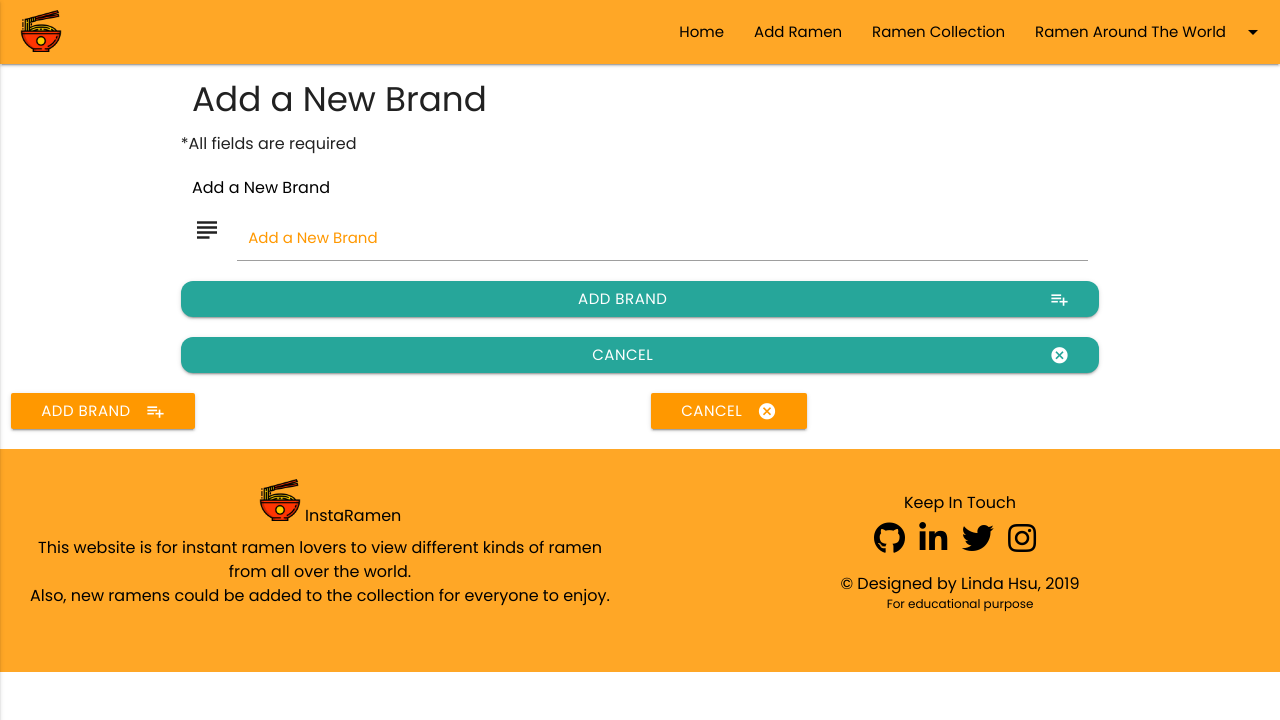
Repository: Paddlepop25/codeinstitute-insta-ramen
Page: http://localhost/add_brands
The author's editor kept a record of every edit. The page is drawn from the files as they stood at one moment, then again after the next edit.
The browser window is 1280 px wide. The pictures show the whole page.
Some web libraries are served in a nearby version. The page is served by the project's application, run on Flask 3 (app.py). Queries for data that is not in the repository find no rows.

Above is the page before.

### templates/add_brands.html
{% extends 'base.html' %} {% block content %}

<div class="container add-brand">
  <h4>Add a New Brand</h4>
  <form action="{{ url_for('insert_brand') }}" method="POST" class="ramen_form">
    <div class="row">
      <span>*</span><span>All fields are required</span>
    </div>
    <p>Add a New Brand</p>
    <div class="input-field col s12">
      <i class="material-icons prefix">subject</i>
      <input id="brand" name="brand" type="text" required>
      <label for="ramen_brand">Add a New Brand</label>
    </div>
<div class="row">
  <button class="btn waves-effect waves-light" type="submit" name="action">Add Brand
        <i class="material-icons right">playlist_add</i>
      </button>
  <a href="" class="btn"><i class="material-icons right">cancel</i>Cancel</a>
</div>
</form>
</div>





<div class="row select-submit">
  <div class="col s12 m6">
    <button class="btn waves-effect waves-light orange" type="submit" name="action">
          <i class="material-icons right">playlist_add</i>Add Brand
      </button>
  </div>
  <div class="col s12 m6">
    <a href="{{url_for('get_ramen')}}" class="btn orange"><i class="material-icons right">cancel</i>Cancel</a>
  </div>
</div>
</form>
</div>
{% endblock %}

### templates/base.html
<!DOCTYPE html>
<html>

<head>
  <link href="https://fonts.googleapis.com/icon?family=Material+Icons" rel="stylesheet">
  <link rel="stylesheet" href="https://cdnjs.cloudflare.com/ajax/libs/materialize/0.100.2/css/materialize.min.css">
  <link rel="stylesheet" href="https://use.fontawesome.com/releases/v5.8.1/css/all.css" integrity="sha384-50oBUHEmvpQ+1lW4y57PTFmhCaXp0ML5d60M1M7uH2+nqUivzIebhndOJK28anvf" crossorigin="anonymous" />
  <link href="https://fonts.googleapis.com/css?family=Montserrat|Poppins|Roboto&display=swap" rel="stylesheet">
  <link rel="icon" href="{{ url_for('static', filename='images/favicon.ico') }}" type="image/x-icon" />
  <link rel="stylesheet" href="/static/styles/styles.css" type="text/css" />

  <!-- Meta Data -->
  <meta charset="UTF-8">
  <meta name="viewport" content="width=device-width, initial-scale=1, shrink-to-fit=no">
  <meta http-equiv="X-UA-Compatible" content="ie=edge">
  <meta name="description" content="Insta Ramen">
  <meta name="keywords" content="Noodles, Ramen, Instant, Cup, Bowl, Packet">
  <meta name="author" content="Linda Hsu">

  <title>InstaRamen - {{ title }} </title>
</head>

<body>
  <header>
    <!--<div class="navbar-fixed">-->
    <nav>
      <div class="nav-wrapper orange lighten-1">
        <a href="{{url_for('index')}}" class="brand-logo"><img class="ramen_logo" src="{{ url_for('static', filename='images/noodle_icon.png') }}" alt="Ramen noodles with chopsticks logo"/></a>
        <a href="#" data-activates="mobile-demo" class="button-collapse"><i class="material-icons">menu</i></a>
        <ul class="right hide-on-med-and-down">
          <li><a href="{{url_for('index')}}">Home</a></li>
          <li><a href="{{url_for('add_ramen')}}">Add Ramen</a></li>
          <li><a href="{{url_for('get_ramen')}}">Ramen Collection</a></li>
          <li><a class="dropdown-button" href="#!" data-activates="dropdown1">Ramen Around The World<i class="material-icons right">arrow_drop_down</i></a>
            <ul id="dropdown1" class="dropdown-content">
              <li><a href="{{ url_for('ramen_asia') }}">Asia</a></li>
              <li><a href="{{ url_for('ramen_americas') }}">The Americas</a></li>
              <li><a href="{{ url_for('ramen_europe') }}">Europe</a></li>
              <li><a href="{{ url_for('ramen_rest_world') }}">Rest Of The World</a></li>
            </ul>
          </li>
        </ul>
        <ul class="side-nav" id="mobile-demo">
          <li><a href="{{url_for('index')}}">Home</a></li>
          <li><a href="{{url_for('add_ramen')}}">Add Ramen</a></li>
          <li><a href="{{url_for('get_ramen')}}">Ramen Collection</a></li>
          <li><a href="{{ url_for('ramen_asia') }}">Ramen from Asia</a></li>
          <li><a href="{{ url_for('ramen_americas') }}">Ramen from The Americas</a></li>
          <li><a href="{{ url_for('ramen_europe') }}">Ramen from Europe</a></li>
          <li><a href="{{ url_for('ramen_rest_world') }}">Ramen from Rest Of The World</a></li>
        </ul>
      </div>
    </nav>

    <!--</div>-->

  </header>

  {% block content %} {% endblock %}
  <div class="container-fluid">
    <footer class="page-footer orange lighten-1">
      <div class="row">
        <div class="col s12 m6 footer-logo">
          <div class="website-info">
            <a href="{{url_for('index')}}" class="brand-logo"><img class="ramen_logo" src="{{ url_for('static', filename='images/noodle_icon.png') }}" alt="Ramen noodles with chopsticks logo"/></a>
            <a href="{{url_for('index')}}">InstaRamen</a>
          </div>
          <p>This website is for instant ramen lovers to view different kinds of ramen from all over the world.
            <br> Also, new ramens could be added to the collection for everyone to enjoy.</p>
        </div>

        <div class="col s12 m6 footer-social">
          <p>Keep In Touch</p>
          <span><a href="https://github.com/Paddlepop25" target="_blank"><i class="fab fa-github fa-2x"></i></a></span>
          <span><a href="https://www.linkedin.com/in/lindahsu007/" target="_blank"><i class="fab fa-linkedin-in fa-2x"></i></a></span>
          <span><a href="https://twitter.com/shecodeshsucode" target="_blank"><i class="fab fa-twitter fa-2x"></i></a></span>
          <span><a href="https://www.instagram.com/shecodeshsucodes/" target="_blank"><i class="fab fa-instagram fa-2x"></i></a></span>
          <p class="design">&copy; Designed by Linda Hsu, 2019</p>
          <small>For educational purpose</small>
        </div>
      </div>
    </footer>
  </div>

  <script src="https://cdnjs.cloudflare.com/ajax/libs/jquery/3.2.1/jquery.min.js"></script>
  <script src="https://cdnjs.cloudflare.com/ajax/libs/materialize/0.100.2/js/materialize.min.js"></script>
  <!--<script type="text/javascript" src="./static/scripts/app.js"></script>-->
  <script type="text/javascript">
    $(document).ready(function() {
      $(".button-collapse").sideNav();
      $(document).ready(function() {
        $('input#input_text, textarea#textarea1').characterCounter();
      });
      $('select').material_select();
      $(".dropdown-button").dropdown();
    });
  </script>
</body>

</html>

### app.py
import os
from flask import Flask, render_template, redirect, request, url_for
from flask_pymongo import PyMongo, ASCENDING, DESCENDING
from bson.objectid import ObjectId
import re
import math
from werkzeug.utils import secure_filename

app = Flask(__name__)
app.config['UPLOAD_FOLDER'] = '/home/ubuntu/environment/uploads'
app.config['MONGO_DBNAME'] = 'ramen_database'
app.config["MONGO_URI"] = os.environ.get("MONGO_URI")

mongo = PyMongo(app)

@app.route('/')
def index():
    latest_three=mongo.db.ramens.find().sort([("_id", DESCENDING)]).limit(3)
    return render_template('index.html', title="Home", latest_three=latest_three)

@app.route('/display_ramen/<ramen_id>', methods=['GET'])
def display_ramen(ramen_id):
    ramen = mongo.db.ramens.find_one({"_id": ObjectId(ramen_id)})
    return render_template('display_ramen.html', title="Display Ramen", ramen=ramen)

@app.route('/get_ramen')
def get_ramen():
    ramens=mongo.db.ramens.find().sort([("_id", DESCENDING)])
    return render_template('ramen_collection.html', title="Ramen Collection", ramens=ramens)

@app.route('/ramen_asia')
def ramen_asia():
    ramens=mongo.db.ramens.find({'continent': 'Asia'})
    return render_template('ramen_asia.html', title="Ramen from The Asia", ramens=ramens)

@app.route('/ramen_europe')
def ramen_europe():
    ramens=mongo.db.ramens.find({'continent': 'Europe'})
    return render_template('ramen_europe.html', title="Ramen from The Europe", ramens=ramens)

@app.route('/ramen_americas')
def ramen_americas():
    ramens=mongo.db.ramens.find({'continent': 'The Americas'})
    return render_template('ramen_americas.html', title="Ramen from The Americas", ramens=ramens)

@app.route('/ramen_rest_world')
def ramen_rest_world():
    ramens=mongo.db.ramens.find({'continent': 'The Rest'})
    return render_template('ramen_rest_world.html', title="Ramen from the Rest Of The World", ramens=ramens)

# @app.route('/ramen_world')
# def ramen_world():
#     ramens=mongo.db.ramens.find(
#         {'$or':
#             [{'continent': 'Asia'},{'continent': "Europe"},{'continent': "The Americas"},{'continent': "The Rest"}]
#         }
#         )
#     return render_template('ramen_world.html', title="Rest Of The World", ramens=ramens)

@app.route('/search_ramen')
def search_ramen():
    orig_query = request.args['query']
    query = {'$regex': re.compile('.*{}.*'.format(orig_query)), '$options': 'i'}
    print(query)
    results=mongo.db.ramens.find({'flavour': query})

    ramen = []
    for result in results:
        ramen.append(result)

    return render_template('ramen_search.html', title="Search Results", query=orig_query, ramen_search=ramen)

@app.route('/add_ramen')
def add_ramen():
    brands = mongo.db.brands.find().sort([("brand", ASCENDING)])
    countries=mongo.db.countries.find().sort([("country", ASCENDING)])
    return render_template('add_ramen.html', title="Add a Ramen", countries=countries, brands=brands)

@app.route('/insert_ramen', methods=['POST'])
def insert_ramen():
    ramens = mongo.db.ramens
    if "ramen_image" in request.files:
        ramen_image = request.files['ramen_image']
        mongo.save_file(ramen_image.filename, ramen_image)

    new_ramen = {
        'brand': request.form.get('brand'),
        'flavour':request.form.get('flavour'),
        'style': request.form.get('style'),
        'country':request.form.get('country'),
        'continent':request.form.get('continent'),
        'stars':int(request.form.get('stars')),
        'reviews':request.form.get('reviews'),
        'imageURL': ramen_image.filename
    }
    ramens.insert_one(new_ramen)
    return redirect(url_for('get_ramen'))

@app.route('/file/<filename>')
def file(filename):
    return mongo.send_file(filename)

@app.route('/edit_ramen/<ramen_id>', methods=['GET'])
def edit_ramen(ramen_id):
    ramen = mongo.db.ramens.find_one({"_id": ObjectId(ramen_id)})
    brands = mongo.db.brands.find().sort([("brand", ASCENDING)])
    countries = mongo.db.countries.find().sort([("country", ASCENDING)])
    return render_template('edit_ramen.html', title="Edit Ramen", ramen=ramen, brands=brands, countries=countries)

@app.route('/update_ramen/<ramen_id>', methods=["POST"])
def update_ramen(ramen_id):
    ramen = mongo.db.ramens.find_one({"_id": ObjectId(ramen_id)})

    # try code
    brand = request.form.get('brand')
    flavour = request.form.get('flavour')
    style = request.form.get('style')
    country = request.form.get('country')
    stars = int(request.form.get('stars'))
    reviews = request.form.get('reviews')
    # end of try code

    if "ramen_image" in request.files and request.files['ramen_image'].filename != "":
        ramen_image = request.files['ramen_image']
        image_filename = ramen_image.filename
        mongo.save_file(ramen_image.filename, ramen_image)
    else:
        image_filename = ramen['imageURL']

    ramen.update( {'_id': ObjectId(ramen_id)},
    {
        'brand': brand,
        'flavour': flavour,
        'style': style,
        'country': country,
        'stars': int(stars),
        'reviews': reviews,
        'imageURI': image_filename
    })
    return redirect(url_for('get_ramen'))

@app.route('/delete_ramen/<ramen_id>')
def delete_ramen(ramen_id):
    mongo.db.ramens.remove({'_id': ObjectId(ramen_id)})
    return redirect(url_for('get_ramen'))

@app.route('/add_brands')
def add_brands():
    brand = mongo.db.brands.find()
    add_a_brand = mongo.db.ramens.find()
    return render_template('add_brands.html', title="Add a Brand", brand=brand)

@app.route('/insert_brand', methods=['POST'])
def insert_brand():
    brand = mongo.db.brands
    query = request.form.get('brand').lower()
    find_brand = mongo.db.brands.find_one({'brand': query})
    if find_brand is None:
        new_brand = {
            'brand': request.form.get('brand').lower()
        }
        brand.insert_one(new_brand)
    return redirect(url_for('add_ramen'))

@app.errorhandler(404)
def error_404(not_found):
    return render_template('error404.html', title="Error 404")

if __name__ == '__main__':
    app.run(host=os.environ.get('IP'),
            port=int(os.environ.get('PORT')),
            debug=True)

### static/styles/styles.css
body {
    font-size: 16px;
    font-family: 'Poppins', cursive;
    /*background: #FFF5E6;*/
}

.noodle_img_index img {
    width: 100vw;
    opacity: 0.8;
}

.nav-wrapper ul li:last-child li a {
    color: #ef6c00;
}

.nav-wrapper ul li a {
    color: #000000;
}

.welcome-page {
    text-align: center;
}

.welcome-page h1 {
    font-size: 2rem;
    margin-top: 10px;
    margin-bottom: 0;
}

.welcome-message {
    position: relative;
    top: -68px;
}

.welcome-message p {
    padding: 0 25px;
    font-size: 1rem;
}

.search-section {
    position: relative;
    top: -16px;
}

.search-button button {
    width: 60%;
    border-radius: 12px;
    margin-bottom: 20px;
}

.search-button button:hover {
    color: #000000;
}

.search-result {
    position: relative;
    margin: 0 0 5% 20%;
}

.sorry-cat {
    width: 100%;
}

.error-page p {
    font-size: 1.2rem;
    text-align: center;
    margin-top: 30px;
}

.error-page a {
    width: 60%;
    margin-left: 20%;
}

.ramen_logo {
    width: 2.8rem;
    margin-left: 20px;
    margin-top: 10px;
}

.card .card-content {
    padding: 24px 10px;
}


/*Index page*/

.search-section input:focus {
    border-bottom: 1px solid #ff9800 !important;
    box-shadow: 0 1px 0 0 #ff9800 !important;
}

.input-field label {
    color: #ff9800;
}

.input-field input:focus+label {
    color: #ff9800 !important;
}

.input-field input[type=text]:focus + label {

     color: #ff9800;

}

.input-field input[type=text]:focus {

     border-bottom: 1px solid #ff9800;

     box-shadow: 0 1px 0 0 #ff9800;

}

.input-field input[type=text].valid {
     border-bottom: 1px solid #ff9800;
     box-shadow: 0 1px 0 0 #ff9800;
}

.input-field input[type=text].invalid {
     border-bottom: 1px solid #ff9800;
     box-shadow: 0 1px 0 0 #ff9800;
}

 .input-field .prefix.active {
     color: #ff9800;
 }

.index-page-card {
    position: relative;
    top: -70px;
}

.index-page-card .card .card-content {
    overflow-y: scroll;
    max-height: 144px;
}

.index-page-card h4 {
    font-size: 1.8rem;
}

.index-page-card .card-content {
    text-align: center;
}

.index-page-card a {
    position: relative;
    width: 60%;
    margin: 5% 0 5% 20%;
    border-radius: 12px;
}

.index-page-card a:hover {
    color: #000000;
}

/* Search page*/

.search-page-card .card .card-content {
    overflow-y: scroll;
    min-height: 200px;
}

.search-page-card h4 {
    font-size: 1.8rem;
    text-align: center;
}

.search-page-card .card-content {
    text-align: left;
}

.search-page-card a {
    position: relative;
    width: 60%;
    margin: 0 0 5% 20%;
    border-radius: 12px;
}

.search-page-card a:hover {
    color: #000000;
}


/* Add Ramen page*/

.add-ramen h4 {
    position: relative;
    top: 90px;
    text-align: center;
}

.ramen-form {
    border: 2px solid black;
    border-radius: 25px;
    box-shadow: 2px 2px 8px grey;
    margin: 100px auto;
    padding: 20px;
}

.dropdown-content li>a,
.dropdown-content li>span {
    color: #ef6c00;
}

.select-brand p {
    margin-top: -20px;
}

.select-brand a {
    width: 100%;
    border-radius: 12px;
}

.select-brand a:hover {
    color: #000000;
}

.select-packaging {
    position: relative;
    top: -20px;
}

.select-country-continent {
    position: relative;
    top: -15px;
}

.select-stars-reviews {
    position: relative;
    top: -43px;
}

.select-stars-reviews .stars {
    position: relative;
    top: 15px;
}

.select-reviews {
    position: relative;
    top: 12px;
}

.select-upload-image {
    position: relative;
    top: -55px;
}

.select-upload-image input {
    border: 2px solid orange;
    width: 100%;
    margin-top: 5px;
    margin-bottom: 15px;
    border-radius: 12px;
}

.select-upload-image button {
    width: 100%;
    border-radius: 12px;
}

.select-upload-image button:hover {
    color: #000000;
}

.select-upload-image a {
    position: relative;
    top: 25px;
    width: 100%;
    border-radius: 12px;
}

.select-upload-image a:hover {
    color: #000000;
}


/* Edit Ramen Page*/

.edit-ramen h4 {
    position: relative;
    top: 90px;
    text-align: center;
}

.edit-stars {
    position: relative;
    top: -90px;
}

.edit-reviews {
    position: relative;
    top: 45px;
}

.edit-image {
    position: relative;
    top: -75px;
}

/*Footer*/

footer a,
p,
small {
    color: #000000;
}

.page-footer {
    padding-bottom: 20px;
}

.page-footer a:last-child:hover {
    color: #ffffff;
}

.footer-logo {
    text-align: center;
}

.footer-logo p {
    position: relative;
    top: -8px;
    padding: 0px 18px;
}

.footer-logo small {
    position: relative;
    top: -25px;
}

.footer-social {
    text-align: center;
}

.footer-social a:hover {
    color: #ffffff;
}

.footer-social p:first-child {
    margin-top: 0;
    margin-bottom: 7px;
}

.footer-social span {
    margin-right: 10px;
}

.design {
    margin-top: 15px;
    margin-bottom: 0;
}

.footer-social small {
    position: relative;
    top: -5px;
}


/* Add Brand page*/

.add-brand button {
    border-radius: 12px;
    width: 100%;
    margin-bottom: 20px;
}

.add-brand a {
    border-radius: 12px;
    width: 100%;
}

/* Ramen Collection Page */

.ramen-collection-page h4 {
    font-size: 2.5rem;
    text-align: center;
}

.ramen-collection-page .card .card-content {
    overflow-y: scroll;
    max-height: 144px;
}

.ramen-collection-page h4 {
    font-size: 1.8rem;
}

.ramen-collection-page .card-content {
    text-align: left;
}

.ramen-collection-page a {
    position: relative;
    width: 60%;
    margin: 5% 0 5% 20%;
    border-radius: 12px;
}

.ramen-collection-page a:hover {
    color: #000000;
}


/* Display Page */

.display-page img {
    width: 100%;
    margin-top: 40px;
}

.display-page p {
    padding-left: 30px;
    padding-right: 30px;
}

.display-edit-delete a {
    width: 100%;
    border-radius: 12px;
}

.display-edit-delete a:hover {
    color: #000000;
}


.display-edit {
    position: relative;
    top: -15px;
    margin-top: 20px;
}

/* Asia Collection */

.asia-page h4 {
    font-size: 2.5rem;
    text-align: center;
}

.asia-page .card .card-content {
    overflow-y: scroll;
    max-height: 144px;
}

.asia-page h4 {
    font-size: 1.8rem;
}

.asia-page .card-content {
    text-align: left;
}

.asia-page a {
    position: relative;
    width: 60%;
    margin: 5% 0 5% 20%;
    border-radius: 12px;
}

.asia-page a:hover {
    color: #000000;
}

/* Europe page */

.europe-page h4 {
    font-size: 2.5rem;
    text-align: center;
}

.europe-page .card .card-content {
    overflow-y: scroll;
    max-height: 144px;
}

.europe-page h4 {
    font-size: 1.8rem;
}

.europe-page .card-content {
    text-align: left;
}

.europe-page a {
    position: relative;
    width: 60%;
    margin: 5% 0 5% 20%;
    border-radius: 12px;
}

.europe-page a:hover {
    color: #000000;
}

/* The Americas page */

.america-page h4 {
    font-size: 2.5rem;
    text-align: center;
}

.america-page .card .card-content {
    overflow-y: scroll;
    max-height: 144px;
}

.america-page h4 {
    font-size: 1.8rem;
}

.america-page .card-content {
    text-align: left;
}

.america-page a {
    position: relative;
    width: 60%;
    margin: 5% 0 5% 20%;
    border-radius: 12px;
}

.america-page a:hover {
    color: #000000;
}

/* The Rest Of The World page */

.rest-world-page h4 {
    font-size: 2.5rem;
    text-align: center;
}

.rest-world-page .card .card-content {
    overflow-y: scroll;
    max-height: 144px;
}

.rest-world-page h4 {
    font-size: 1.8rem;
}

.rest-world-page .card-content {
    text-align: left;
}

.rest-world-page a {
    position: relative;
    width: 60%;
    margin: 5% 0 5% 20%;
    border-radius: 12px;
}

.rest-world-page a:hover {
    color: #000000;
}

@media (min-width: 601px) {
    .index-page-card .card .card-content {
        overflow-y: scroll;
        min-height: 290px;
    }

    .welcome-page h1 {
        font-size: 2.8rem;
    }

    .welcome-message p {
        font-size: 1.1rem;
    }

    .index-page-card h4 {
        font-size: 2.5rem;
        text-align: center;
    }
    .footer-social {
        position: relative;
        top: 4.5vh;
    }

    .ramen-form {
        padding: 40px;
    }

    .select-brand a {
        width: 40%;
    }

    .select-flavour {
        position: relative;
        top: -55px;
    }

    .select-country-continent {
        position: relative;
        top: -60px;
    }

    .select-stars-reviews {
        position: relative;
        top: -90px;
    }

    .select-upload-image {
        position: relative;
        top: -100px;
    }
}


.display-details p {
    padding-left: 50px;
}

.display-brand {
    padding-top: 30px
}


.display-edit-delete div:first-child {
    position: relative;
    top: 0;
}


/* Error page*/

.error-page p {
    font-size: 1.5rem;

}

.error-page a {
    border-radius: 12px;
}




@media (min-width: 601px) {
    .index-page-card .card .card-content {
        overflow-y: scroll;
        min-height: 160px;
    }

    .select-brand a {
        position: relative;
        left: 250px;
        bottom: 54px;
    }

    .select-packaging {
        position: relative;
        top: -65px;
    }

    .select-upload-image {
        position: relative;
        top: -80px;
    }

    .select-upload-image a {
        position: relative;
        top: 0;
        width: 100%;
        border-radius: 12px;
    }

    .edit-reviews {
        position: relative;
        top: 18px;
    }

}

@media (min-width: 993px) {
    .welcome-page h1 {
        font-size: 3rem;
    }

    .index-page-card h4 {
        font-size: 2.7rem;
    }
}

@media (min-width: 1200px) {
    .welcome-page h1 {
        font-size: 3.3rem;
    }
    .index-page-card h4 {
        font-size: 3rem;
    }
    .index-page-card .card .card-content {
        overflow-y: scroll;
        min-height: 220px;
    }
}


@media (min-width: 1022px) {
    .footer-social {
        position: relative;
        top: 3vh;
    }
}

@media (min-width: 1450px) {
    .footer-social {
        position: relative;
        top: 1.5vh;
    }
}

After the next edit:
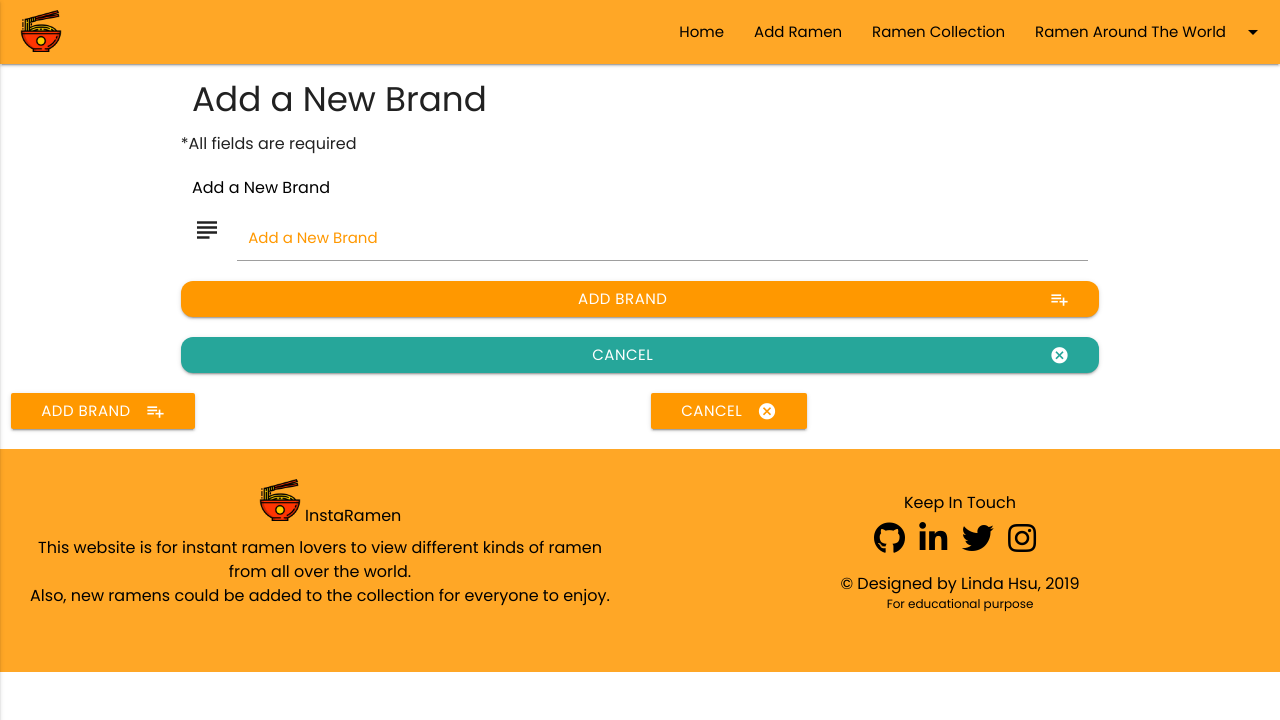
The edit:
--- a/templates/add_brands.html
+++ b/templates/add_brands.html
@@ -12,13 +12,13 @@
       <input id="brand" name="brand" type="text" required>
       <label for="ramen_brand">Add a New Brand</label>
     </div>
-<div class="row">
-  <button class="btn waves-effect waves-light" type="submit" name="action">Add Brand
+    <div class="row">
+      <button class="btn waves-effect waves-light orange" type="submit" name="action">Add Brand
         <i class="material-icons right">playlist_add</i>
       </button>
-  <a href="" class="btn"><i class="material-icons right">cancel</i>Cancel</a>
-</div>
-</form>
+      <a href="" class="btn"><i class="material-icons right">cancel</i>Cancel</a>
+    </div>
+  </form>
 </div>
 
 
